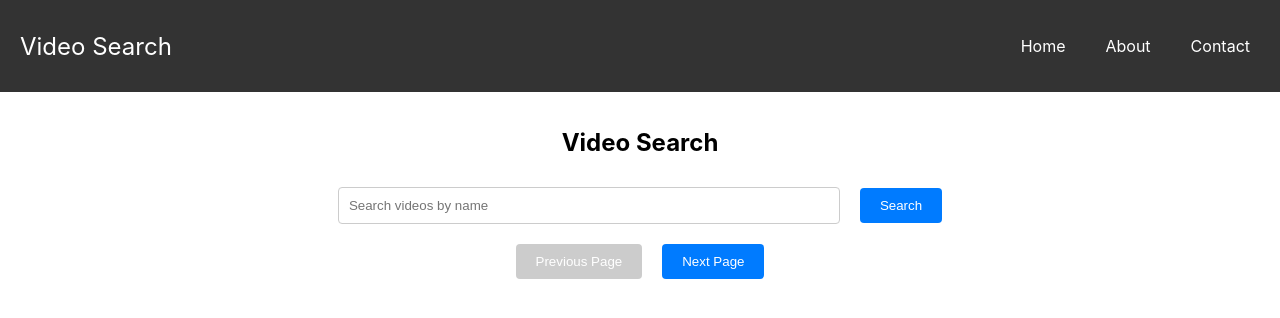
Repository: LolaSL/video-search
Page: /
An editor plug-in stored every save of this project. The page is shown before and after the next save, followed by the edit.
The browser window is 1280 px wide. The pictures show the whole page.
The project was rebuilt for these pictures with package versions that can differ from the ones it lists, and the page was loaded fresh each time.

Above is the page before, as saved 2023-08-12 13:28:16.

### src/App.js
import React from 'react';
import './App.css';
import VideoSearch from './VideoSearch';
import Navbar from './Navbar';
import { BrowserRouter as Router } from 'react-router-dom'; // Import BrowserRouter

function App() {
  return (
    <Router> {/* Wrap your components with BrowserRouter */}
      <div className="App">
        <Navbar />
        <div className="container">
          <VideoSearch />
        </div>
      </div>
    </Router>
  );
}

export default App;

### src/App.css
.App {
  text-align: center;
}

.container {
  max-width: 800px;
  margin: 0 auto;
  padding: 20px;
}

h1 {
  font-size: 24px;
  margin-bottom: 20px;
}

input[type="text"] {
  padding: 10px;
  width:60%;
  margin: 10px;
  border: 1px solid #ccc;
  border-radius: 4px;
}

button {
  margin: 10px;
  padding: 10px 20px;
  background-color: #007bff;
  color: #fff;
  border: none;
  border-radius: 4px;
  cursor: pointer;
}

button:disabled {
  background-color: #ccc;
  cursor: not-allowed;
}

iframe {
  width: 100%;
  height: 415px;
  border: none;
  margin-top: 15px;
}

.video-item {
  margin: 20px 0;
  padding: 20px;
  border: 1px solid #ccc;
  border-radius: 4px;
}

.video-title {
  font-size: 18px;
  margin-bottom: 10px;
}

.pagination {
  margin-top: 20px;
}

.pagination button {
  margin-right: 10px;
}
/* Navbar styles */
.navbar {
  display: flex;
  justify-content: space-between;
  align-items: center;
  padding: 10px 20px;
  background-color: #333;
  color: white;
}

.navbar-logo {
  font-size: 1.5rem;
}

.nav-toggle {
  display: none; /* Hide the toggle button on larger screens */
  background: none;
  border: none;
  color: white;
  font-size: 1rem;
  cursor: pointer;
}

.navbar-nav {
  list-style: none;
  display: flex;
  gap: 20px;
}

.nav-item {
  padding: 10px;
}

.nav-link {
  color: white;
  text-decoration: none;
}

/* Show the navigation links when the navbar is open */
.navbar-nav.open {
  display: flex;
  flex-direction: column;
  position: absolute;
  background-color: #333;
  top: 55px;
  right: 20px;
  z-index: 1000;
}


@media screen and (max-width: 768px) {

  .container {
    padding: 10px;
    margin: 30px;
  }

  input[type="text"] {
    width:80%;
    margin: 20px;
    margin-bottom: 10px;
  }

  button {
    width: 50%;
    margin-bottom: 10px;
  }

  .video-item {
    padding: 10px;
    margin: 10px 20px;
  }

  .pagination {
    text-align: center;
  }
}

### src/VideoSearch.jsx
import React, { useState } from 'react';
import axios from 'axios';

const API_KEY = 'AIzaSyAZw_7fp6hzKHZ_UNfC9jRiNJBWZQnTOmM';
const CHANNEL_ID = 'CSgDjZ_Vv8g';
const RESULTS_PER_PAGE = 10;


const VideoSearch = () => {
    const [videos, setVideos] = useState([]);
    const [searchTerm, setSearchTerm] = useState('');
    const [currentPage, setCurrentPage] = useState(1);

    const searchVideos = async () => {
      try {
        const response = await axios.get(
          `https://www.googleapis.com/youtube/v3/search?key=${API_KEY}&channelId=${CHANNEL_ID}&part=snippet,id&type=video&q=${searchTerm}&maxResults=${RESULTS_PER_PAGE}&pageToken=${currentPage > 1 ? videos.length : ''}`
        );

        setVideos(response.data.items);
      } catch (error) {
        console.error('Error fetching videos:', error);
      }
    };

    const handlePageChange = (newPage) => {
      setCurrentPage(newPage);
      searchVideos();
    };

    return (
      <div>
        <h1>Video Search</h1>
        <input
          type="text"
          placeholder="Search videos by name"
          value={searchTerm}
          onChange={(e) => setSearchTerm(e.target.value)}
        />
        <button onClick={() => handlePageChange(1)}>Search</button>

        <div>
          {videos.map((video) => (
            <div key={video.id.videoId}>
              <h2>{video.snippet.title}</h2>
              <iframe
                title={video.snippet.title}
                width="560"
                height="415"
                src={`https://www.youtube.com/embed/${video.id.videoId}`}
                // frameBorder="0"
                allowFullScreen
              ></iframe>
            </div>
          ))}
        </div>

        <div>
          <button
            onClick={() => handlePageChange(currentPage - 1)}
            disabled={currentPage === 1}
          >
            Previous Page
          </button>
          <button onClick={() => handlePageChange(currentPage + 1)}>Next Page</button>
        </div>
      </div>
    );
  };

  export default VideoSearch;

### src/Navbar.jsx
import React, { useState } from 'react';


const Navbar = () => {
  const [isNavOpen, setIsNavOpen] = useState(false);

  const toggleNav = () => {
    setIsNavOpen(!isNavOpen);
  };

  return (
    <nav className="navbar">
      <div className="navbar-brand">
        <span className="navbar-logo">Video Search</span>
      </div>
      <button className="nav-toggle" onClick={toggleNav}>
        {isNavOpen ? 'Close' : 'Open'}
      </button>
      <ul className={`navbar-nav ${isNavOpen ? 'open' : ''}`}>
        <li className="nav-item">
          <a href="/" className="nav-link">Home</a>
        </li>
        <li className="nav-item">
          <a href="/about" className="nav-link">About</a>
        </li>
        <li className="nav-item">
          <a href="/contact" className="nav-link">Contact</a>
        </li>
      </ul>
    </nav>
  );
};

export default Navbar;

Loaded but not shown: public/index.html (common file); src/index.js (common file); src/index.css (common file); src/reportWebVitals.js (common file)

After the next save:
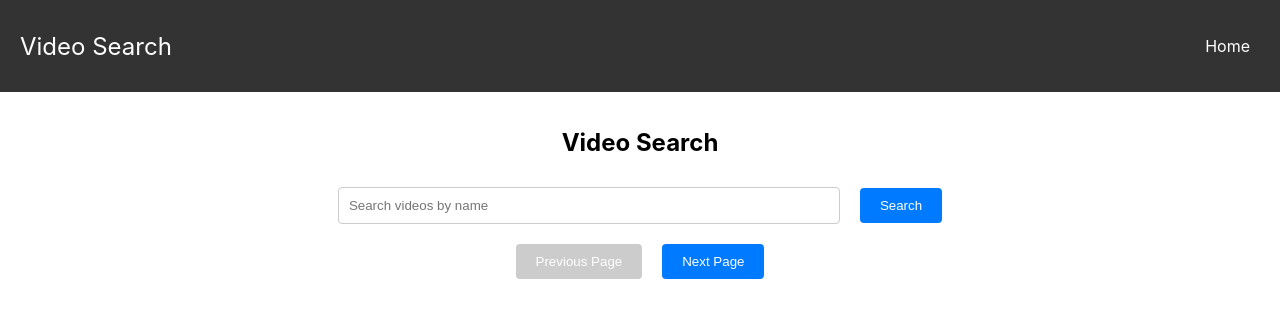
Saved 34 s later.
--- a/src/Navbar.jsx
+++ b/src/Navbar.jsx
@@ -20,12 +20,6 @@ const Navbar = () => {
         <li className="nav-item">
           <a href="/" className="nav-link">Home</a>
         </li>
-        <li className="nav-item">
-          <a href="/about" className="nav-link">About</a>
-        </li>
-        <li className="nav-item">
-          <a href="/contact" className="nav-link">Contact</a>
-        </li>
       </ul>
     </nav>
   );
